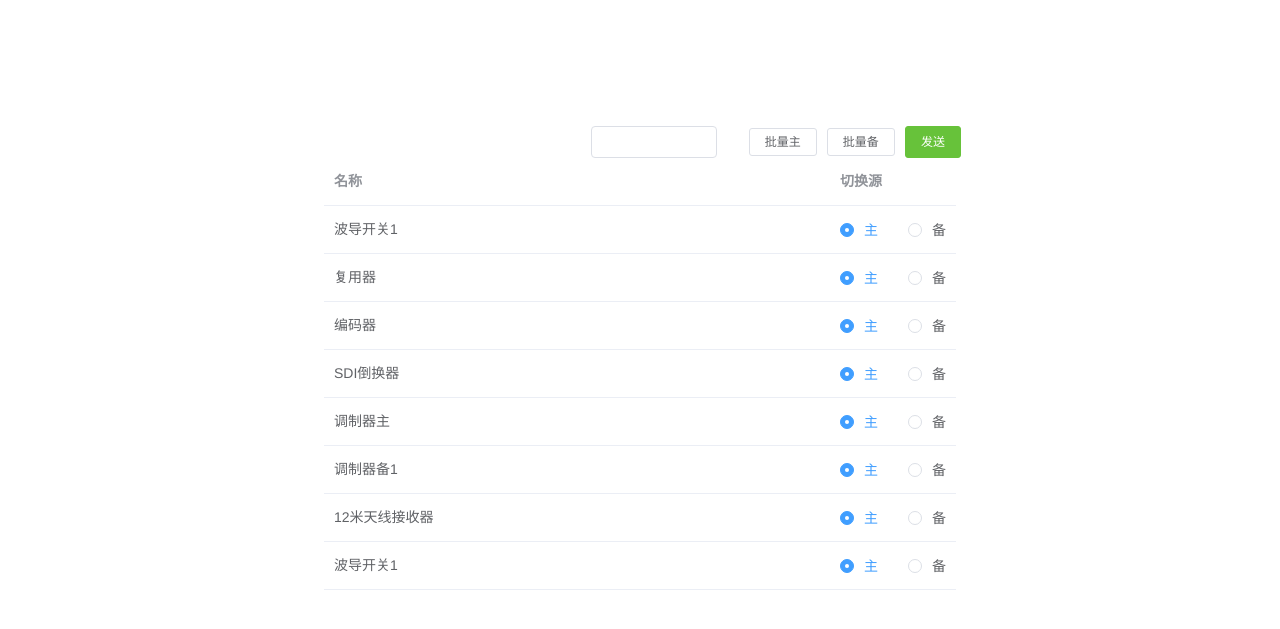
Repository: faintout/BHMQTTSendTool
Page: /
These files come from the project's save history. The page is drawn as it stood at one moment and after the next save; the edit follows.
The browser window is 1280 px wide. The pictures show the whole page.
The project was rebuilt for these pictures with package versions that can differ from the ones it lists, and the page was loaded fresh each time. Also part of the build but not shown: vue.config.js.

Above is the page before, as saved 2020-08-26 15:29:09.

After the next save:
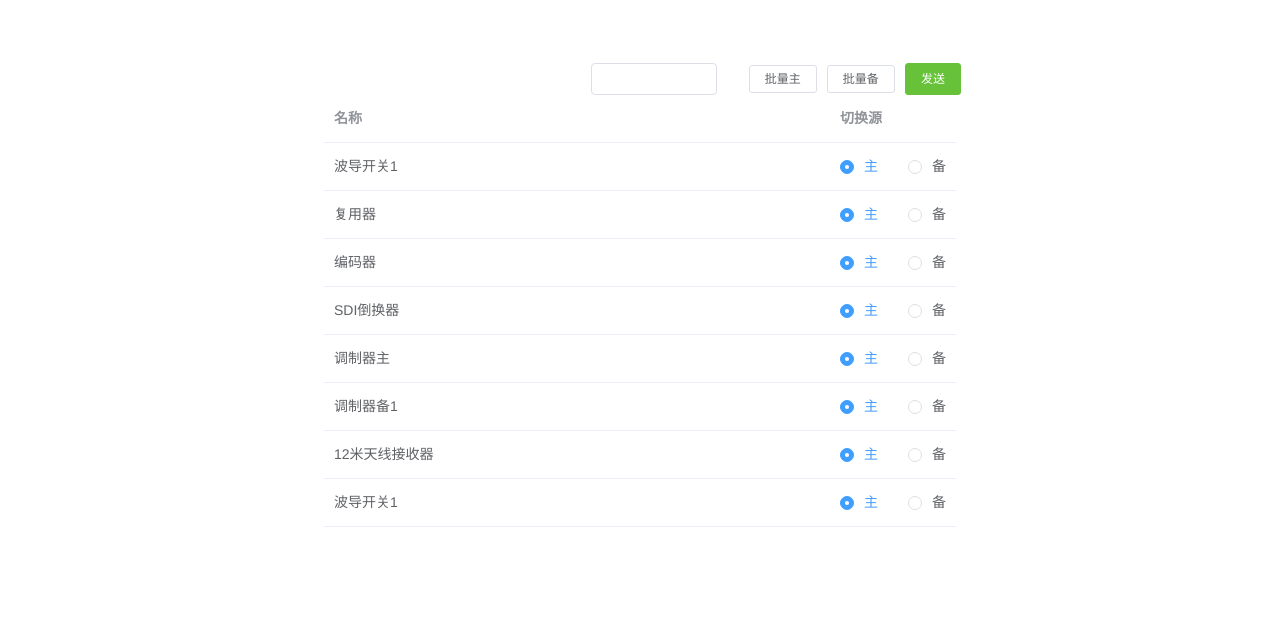
Saved 54 s later.
--- a/src/views/Home.vue
+++ b/src/views/Home.vue
@@ -159,6 +159,6 @@
 </script>
 <style lang="less" scoped>
 .content{
-    margin: 10% 0 0  0 ;
+    margin: 5% 0 0  0 ;
 }
 </style>
